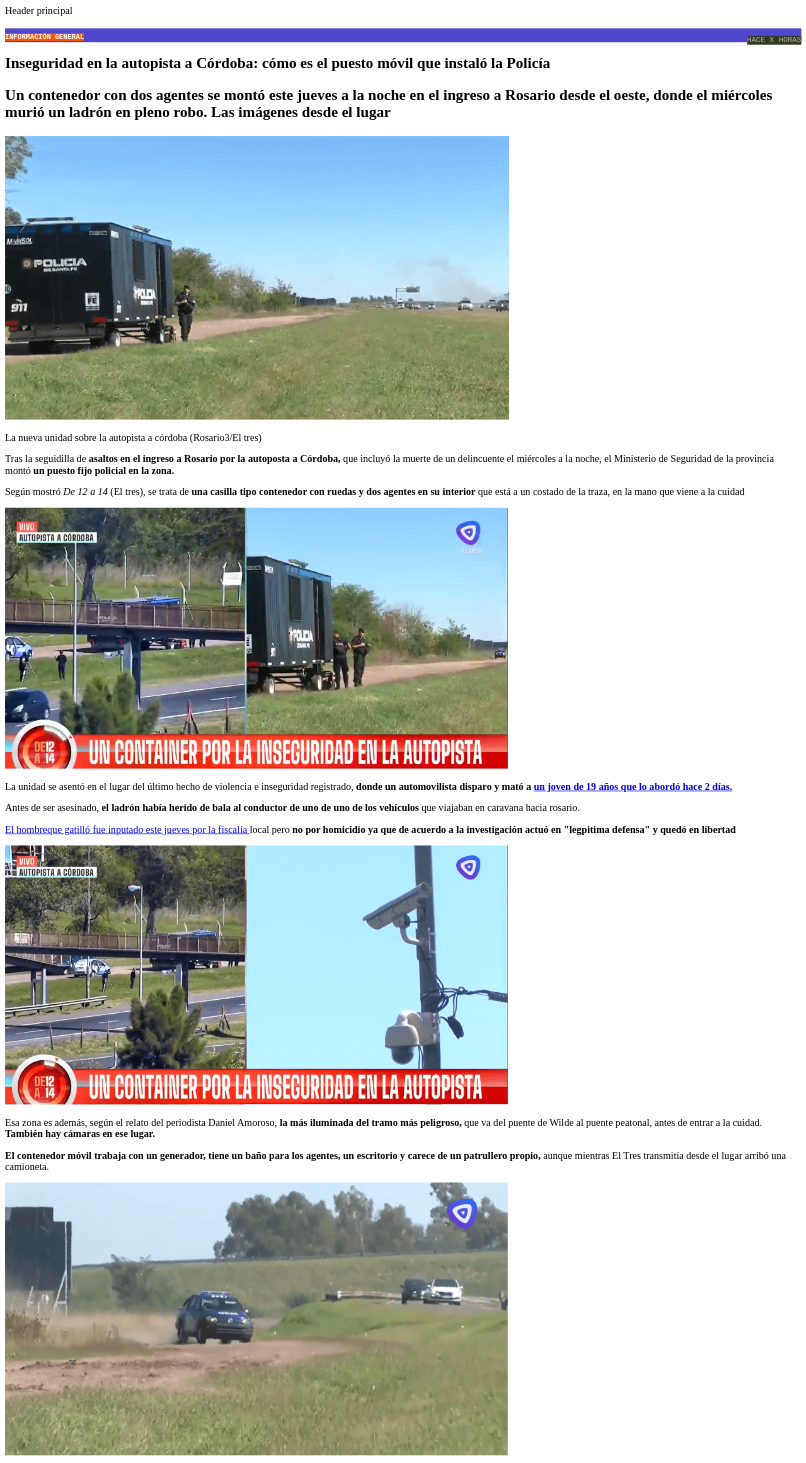
Repository: Larrowo/LPPA
Page: Clase 2/index.html
The author's editor kept a copy of each file at every save. The page is drawn from the files as they stood at one save, then again after the next save.
The browser window is 1280 px wide. The pictures show the whole page, at 63% of full size.

Above is the page before, as saved 2022-04-18 19:54:01.

After the next save:
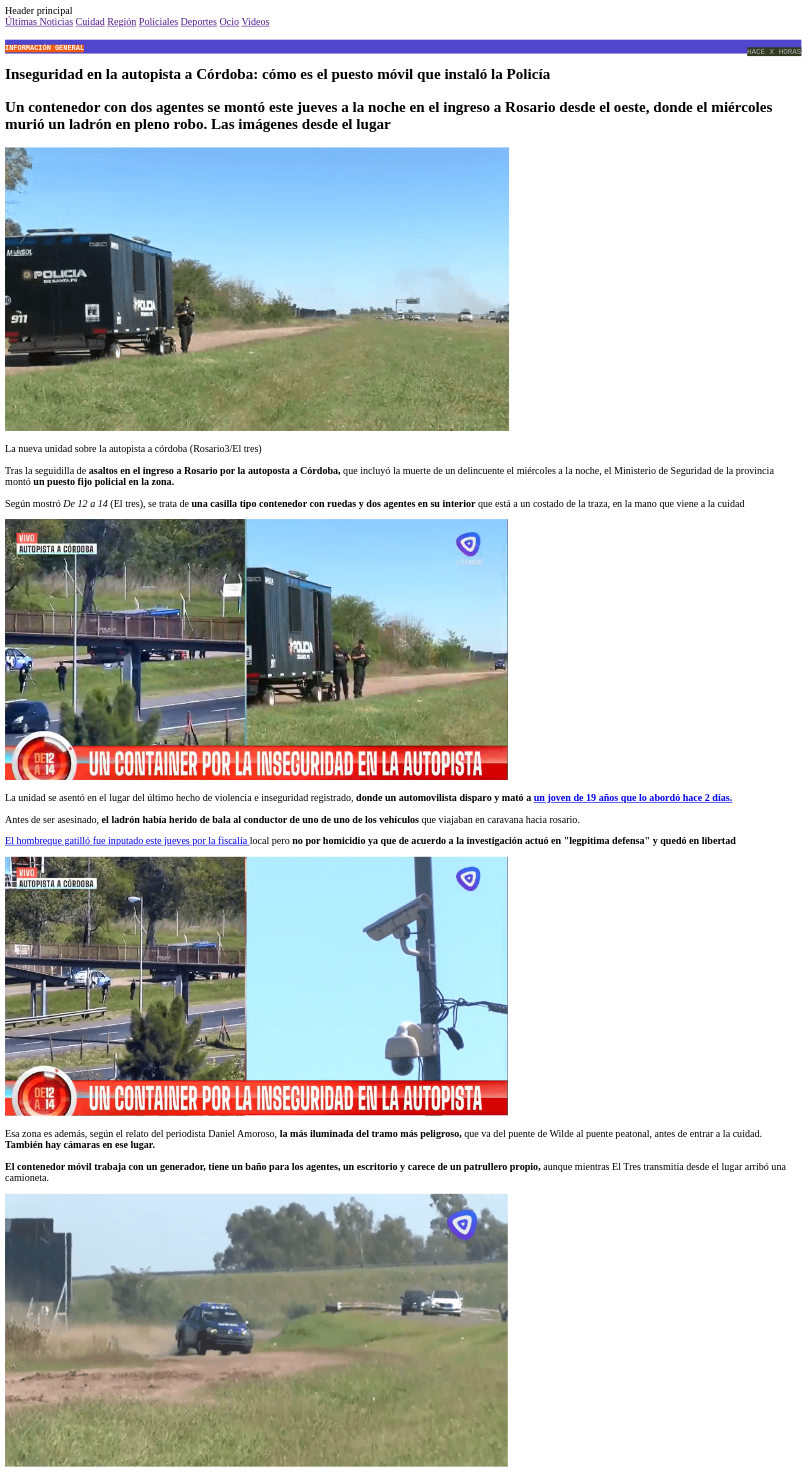
Saved 17 h 46 min later.
--- a/Clase 2/index.html
+++ b/Clase 2/index.html
@@ -10,6 +10,15 @@
 <body>
     <header>
         Header principal
+        <div class="headerContent">
+            <a href="">Últimas Noticias</a>
+            <a href="">Cuidad</a>
+            <a href="">Región</a>
+            <a href="">Policiales</a>
+            <a href="">Deportes</a>
+            <a href="">Ocio</a>
+            <a href="">Videos</a>
+        </div>
     </header>
     <main class="conteiner">
         <article class="articulo">
